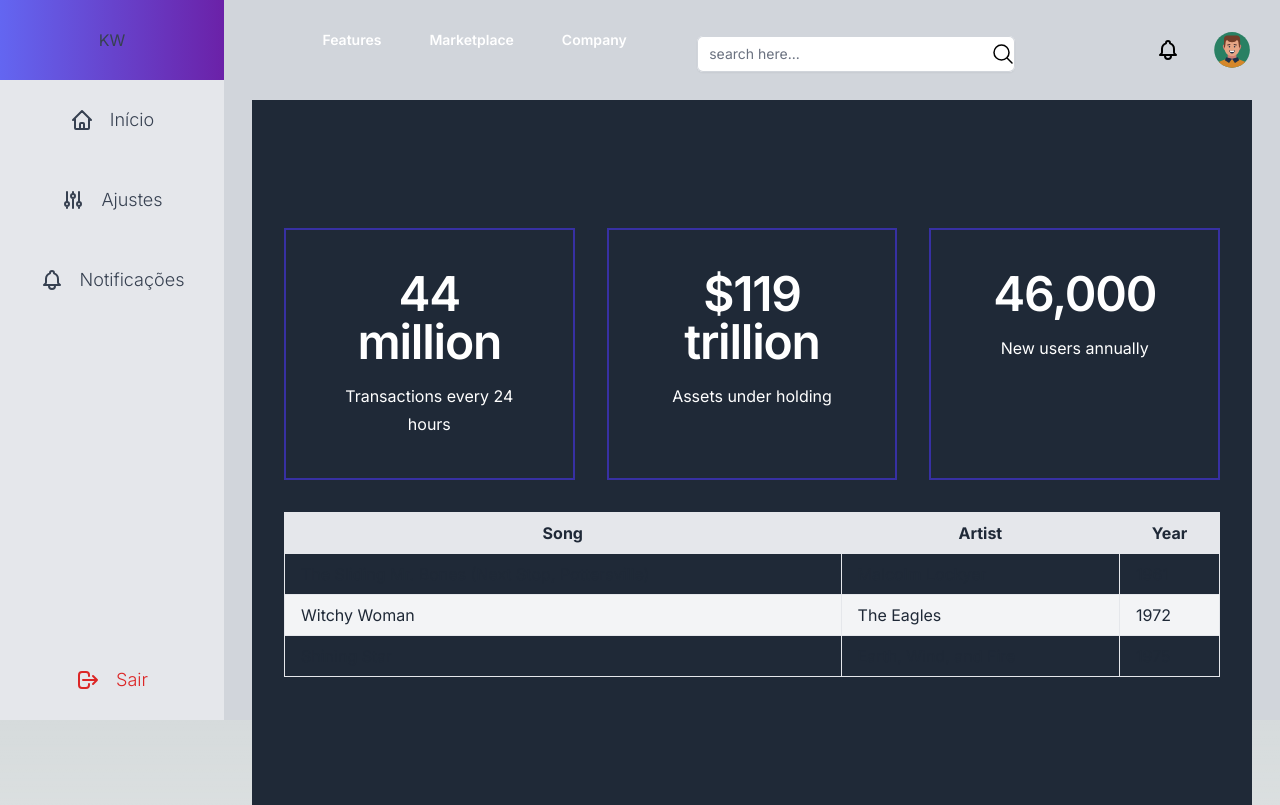
Repository: KennedyWanderson/AdminDashboard
Page: / (app in Code/admindashboard/)
An editor plug-in stored every save of this project. The page is shown before and after a run of saves, followed by the edit.
The browser window is 1280 px wide. The pictures show the whole page.
The project was rebuilt for these pictures with package versions that can differ from the ones it lists, and the page was loaded fresh each time. The framework's server and built-in components were replaced by stand-ins that run in the browser. Also part of the build but not shown: Code/admindashboard/next.config.mjs.

Above is the page before, as saved 2024-06-23 15:52:49.

After the next 2 saves:
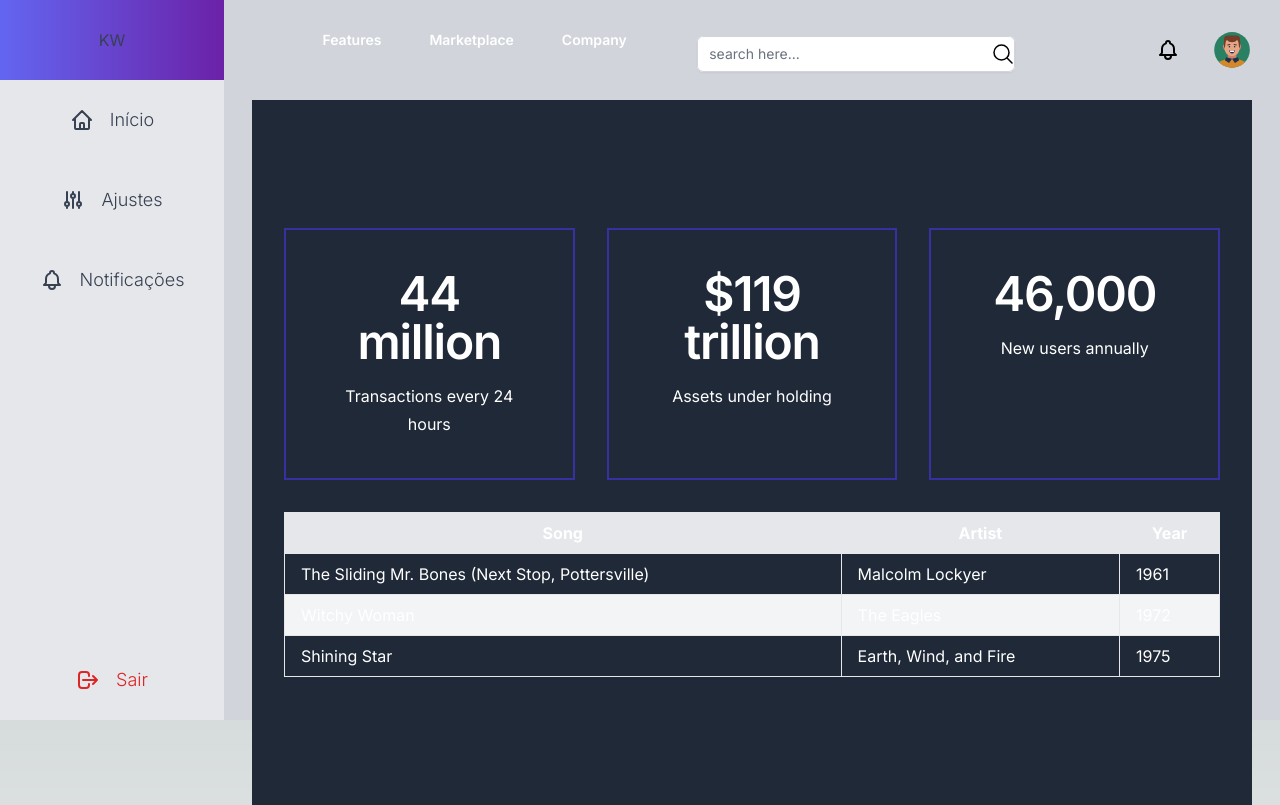
The 2 saves are shown as one change because they came seconds apart.
The last was saved 27 s later.
--- a/Code/admindashboard/src/components/Home.jsx
+++ b/Code/admindashboard/src/components/Home.jsx
@@ -17,7 +17,7 @@ export default function HomePage() {
                     </div>
                 </dl>
 
-                <table className="table-auto w-full mt-8 text-gray-800">
+                <table className="table-auto w-full mt-8 text-white">
                     <thead>
                         <tr className="bg-gray-200">
                             <th className="px-4 py-2 border">Song</th>
